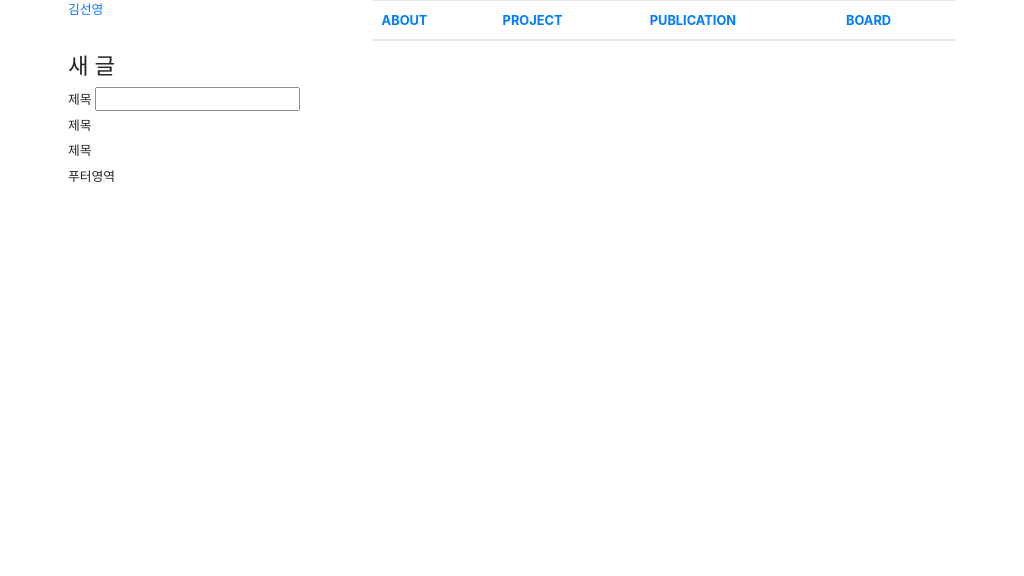
Repository: supremest35/web-projects
Page: http://localhost/noticeboard/board/form.jsp
An editor plug-in stored every save of this project. The page is shown before and after the next save, followed by the edit.
The browser window is 1280 px wide. The pictures show the whole page, at 80% of full size.
The page is served by Tomcat 9. Other server files are loaded and not shown.

Above is the page before, as saved 2020-12-06 04:18:41.

### noticeboard/WebContent/board/form.jsp
<%@ page language="java" contentType="text/html; charset=UTF-8"
    pageEncoding="UTF-8"%>
<!DOCTYPE html>
<html lang="ko">
<head>
  <title>Bootstrap 4 Example</title>
  <meta charset="utf-8">
  <meta name="viewport" content="width=device-width, initial-scale=1">
  <link rel="stylesheet" href="https://maxcdn.bootstrapcdn.com/bootstrap/4.5.2/css/bootstrap.min.css">
  <script src="https://ajax.googleapis.com/ajax/libs/jquery/3.5.1/jquery.min.js"></script>
  <script src="https://cdnjs.cloudflare.com/ajax/libs/popper.js/1.16.0/umd/popper.min.js"></script>
  <script src="https://maxcdn.bootstrapcdn.com/bootstrap/4.5.2/js/bootstrap.min.js"></script>
</head>
<body>
<div class="container">
	<div class="row">
		<div class="col-2"><a href="index.jsp">김선영</a></div>
		<div class="col-2"></div>
		<div class="col-8">
			<table class="table">
				<thead>
					<tr>
						<th><a href="">ABOUT</a></th>
						<th><a href="">PROJECT</a></th>
						<th><a href="">PUBLICATION</a></th>
						<th><a href="board/list.jsp">BOARD</a></th>
					</tr>
				</thead>
			</table>
		</div>
	</div>
	<div class="row">
		<div class="col-12">
			<h3>새 글</h3>
			<form method="post" action="add.jsp" enctype="multipart/form-data">
				<div>
					<label>제목</label>
					<input type="text" name="title" />
				</div>
				<div>
					<label>제목</label>
				</div>
				<div>
					<label>제목</label>
				</div>
			</form>
		</div>
	</div>
	<div class="row">
		<div class="col-12">푸터영역</div>
	</div>
</div>
</body>
</html>

After the next save:
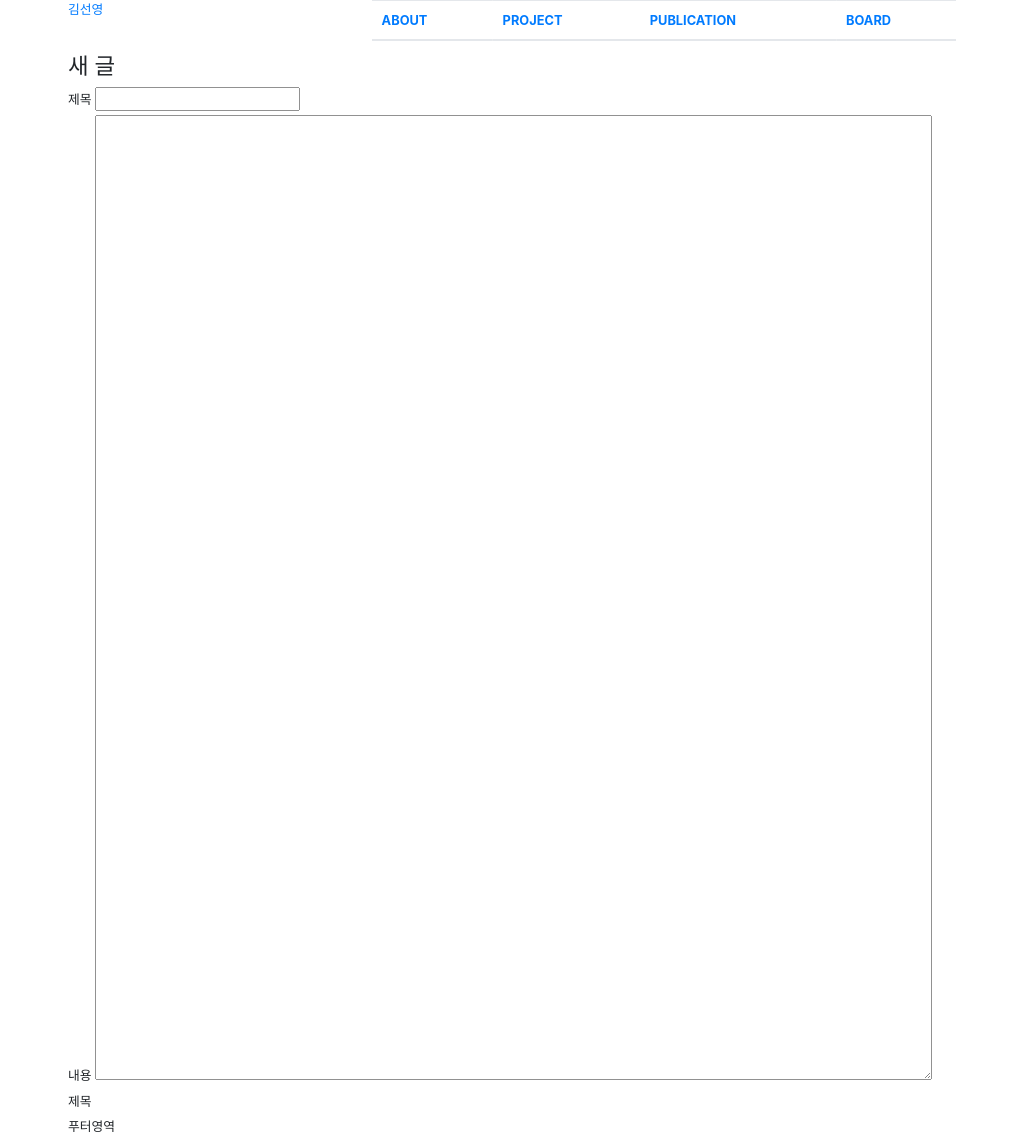
Saved 64 s later.
--- a/noticeboard/WebContent/board/form.jsp
+++ b/noticeboard/WebContent/board/form.jsp
@@ -38,7 +38,8 @@
 					<input type="text" name="title" />
 				</div>
 				<div>
-					<label>제목</label>
+					<label>내용</label>
+					<textarea rows="50" cols="100"></textarea>
 				</div>
 				<div>
 					<label>제목</label>
